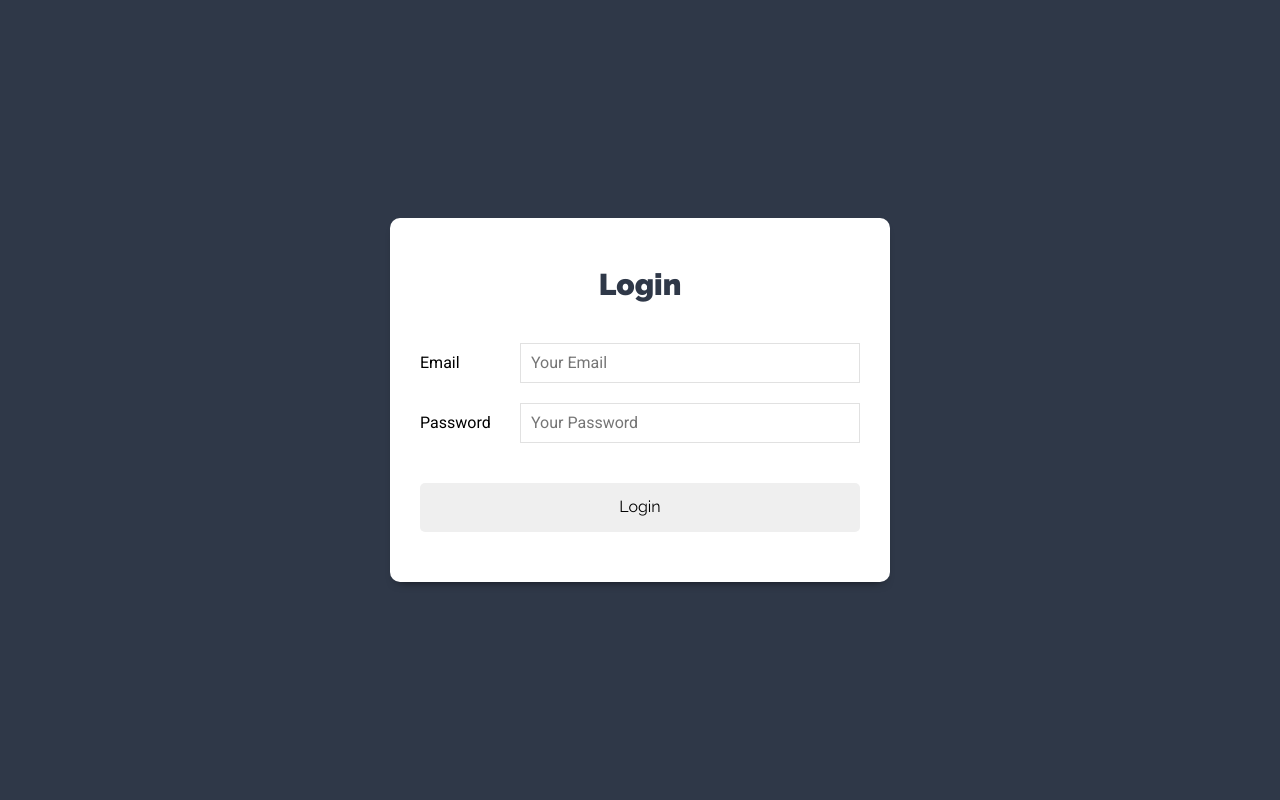
Repository: ppfeliuu/MERN-Task-Client
Page: /
The author's editor kept a copy of each file at every save. The page is drawn from the files as they stood at one save, then again after the next save.
The browser window is 1280 px wide. The pictures show the whole page.
The project was rebuilt for these pictures with package versions that can differ from the ones it lists, and the page was loaded fresh each time. Also part of the build but not shown: src/components/auth/NewAccount.js, src/components/projects/Projects.js.

Above is the page before, as saved 2020-02-13 19:17:29.

### src/App.js
import React from 'react';
import { BrowserRouter as Router, Switch, Route } from 'react-router-dom';
import Login from './components/auth/Login';
import NewAccount from './components/auth/NewAccount';
import Projects from './components/projects/Projects';

function App() {
  return (
    <Router>
      <Switch>
        <Route exact path="/" component={Login} />
        <Route exact path="/new-account" component={NewAccount} />
        <Route exact path="/projects" component={Projects} />
      </Switch>
    </Router>
  );
}

export default App;

### src/components/auth/Login.js
import React from "react";

const Login = () => {
  const onChange = () => {};
  return (
    <div className="form-usuario">
      <div className="contenedor-form sombra-dark">
        <h1>Login</h1>
        <form>
          <div className="campo-form">
            <label htmlFor="email">Email</label>
            <input
              type="email"
              id="email"
              name="email"
              placeholder="Your Email"
              onChange={onChange}
            />
          </div>

          <div className="campo-form">
            <label htmlFor="password">Password</label>
            <input
              type="password"
              id="password"
              name="password"
              placeholder="Your Password"
              onChange={onChange}
            />
          </div>

          <div className="campo-form">
            <input
              type="submit"
              className="btn btn-primaria btn-block"
              value="Login"
            />
          </div>
        </form>
      </div>
    </div>
  );
};

export default Login;

Loaded but not shown: public/index.html (common file); src/index.js (common file); src/index.css (common file); src/serviceWorker.js (common file)

After the next save:
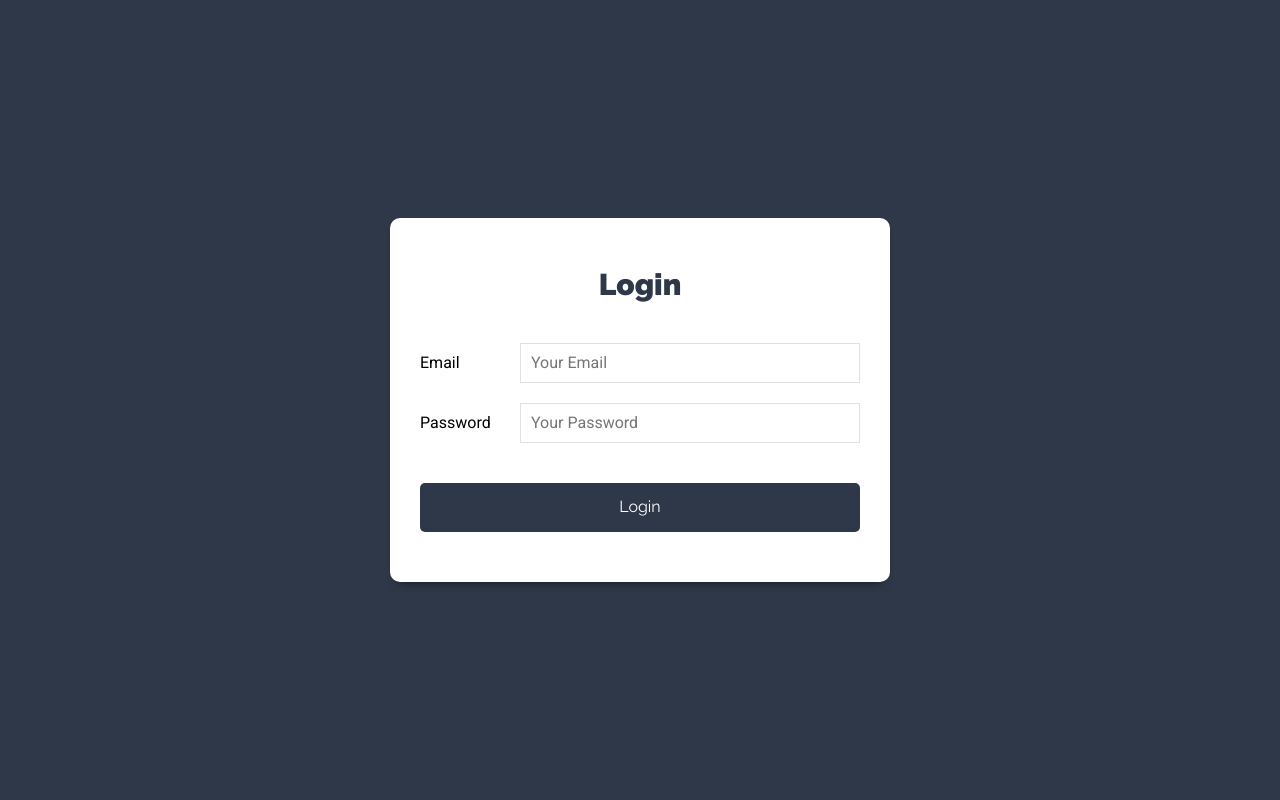
Saved 105 s later.
--- a/src/components/auth/Login.js
+++ b/src/components/auth/Login.js
@@ -32,7 +32,7 @@ const Login = () => {
           <div className="campo-form">
             <input
               type="submit"
-              className="btn btn-primaria btn-block"
+              className="btn btn-primario btn-block"
               value="Login"
             />
           </div>
